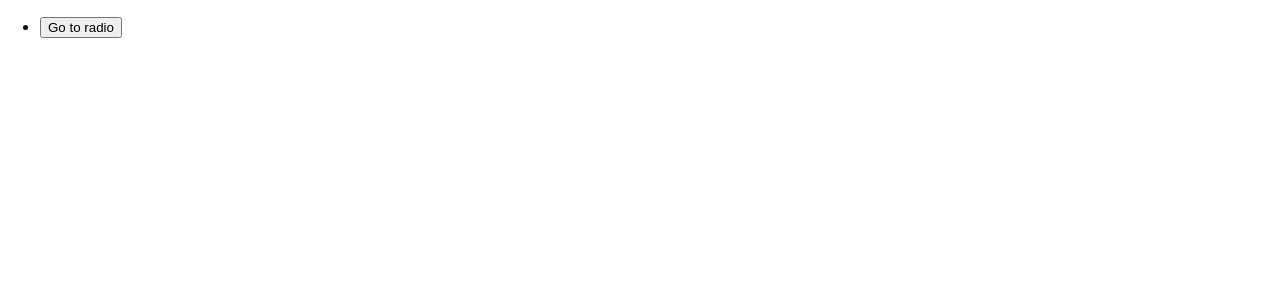
Repository: User826/Recipe
Page: /keyboard (app in recipe_project/)
These files come from the project's save history. The page is drawn as it stood at one moment and after the next save; the edit follows.
The browser window is 1280 px wide. The pictures show the whole page.
The project was rebuilt for these pictures with package versions that can differ from the ones it lists, and the page was loaded fresh each time. The framework's server and built-in components were replaced by stand-ins that run in the browser. Also part of the build but not shown: recipe_project/next.config.js.

Above is the page before, as saved 2022-11-30 16:46:01.

After the next save:
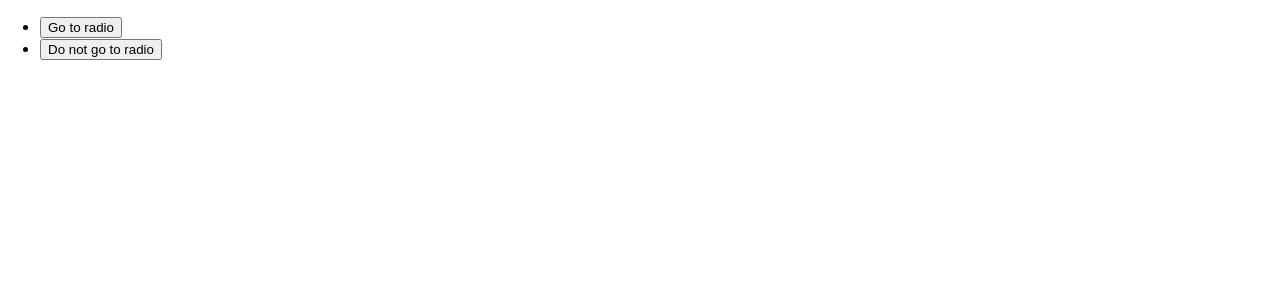
Saved 51 s later.
--- a/recipe_project/pages/keyboard.js
+++ b/recipe_project/pages/keyboard.js
@@ -7,6 +7,11 @@ export default function Keyboard() {
                     <span>Go to radio</span>
                 </button>
             </li>
+            <li>
+                <button>
+                    <span>Do not go to radio</span>
+                </button>
+            </li>
         </ul>
     </div>
   }
